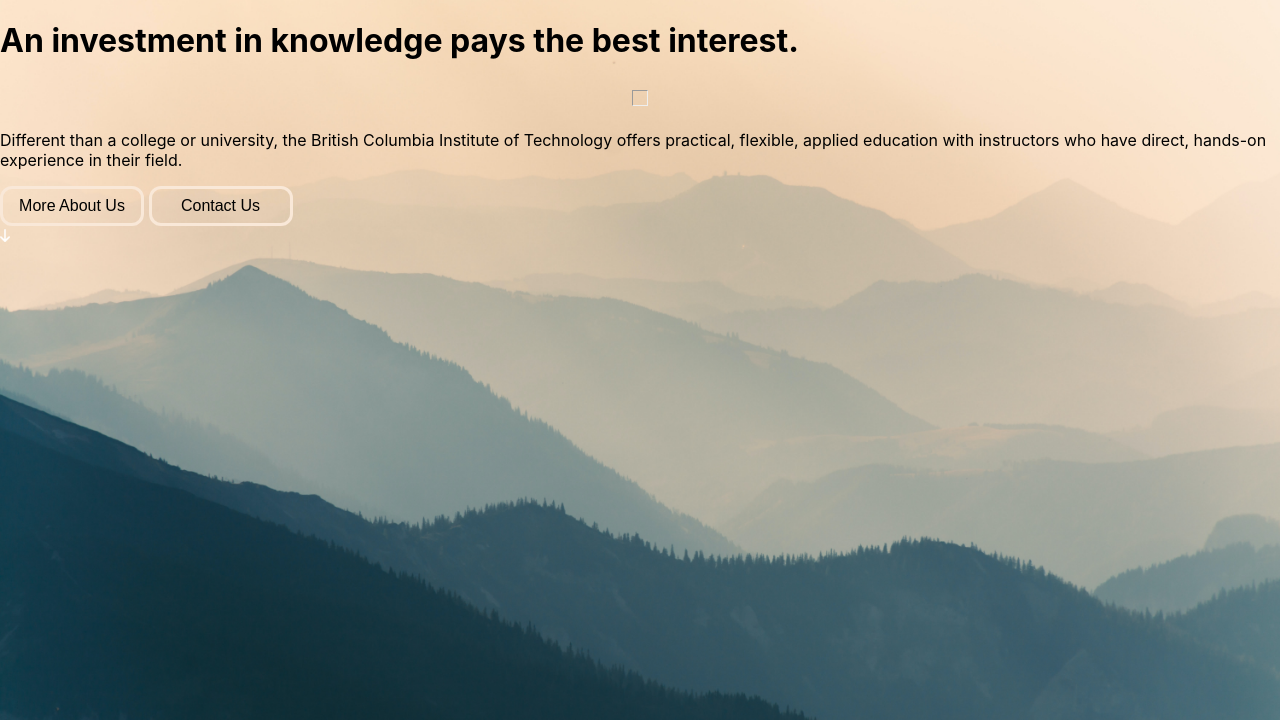
Repository: SaraShio/A01314209_Sara_Shiojima
Page: /
An editor plug-in stored every save of this project. The page is shown before and after the next save, followed by the edit.
The browser window is 1280 px wide. The pictures show the whole page.
The project was rebuilt for these pictures with package versions that can differ from the ones it lists, and the page was loaded fresh each time. The framework's server and built-in components were replaced by stand-ins that run in the browser. Also part of the build but not shown: next.config.js.

Above is the page before, as saved 2023-02-07 22:27:38.

After the next save:
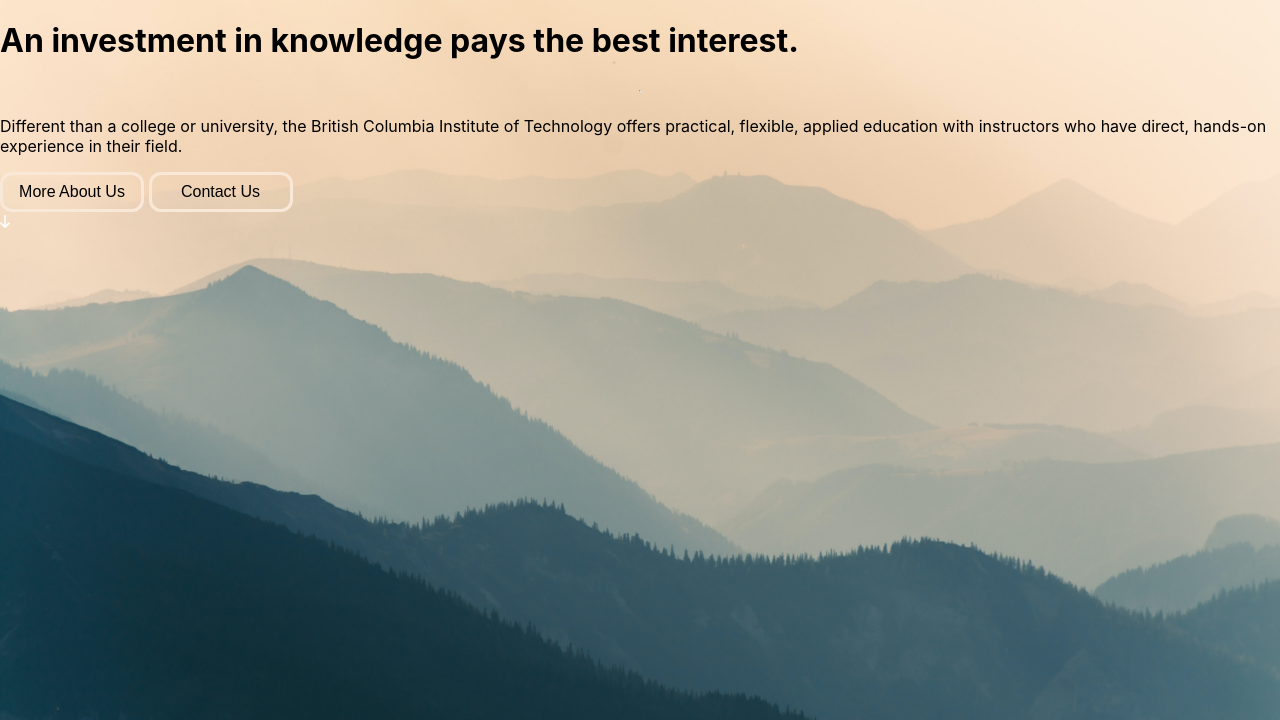
Saved 23 s later.
--- a/styles/Home.module.css
+++ b/styles/Home.module.css
@@ -27,7 +27,11 @@ border-radius: 0.75rem;
 }
 
 .line{
-    color: var(--black);
-    height: 1rem;
-    width: 1rem;
+    display: block;
+    margin-top: 0.5em;
+    margin-bottom: 0.5em;
+    margin-left: auto;
+    margin-right: auto;
+    border-style: inset;
+    border-width: 1px;
 }
